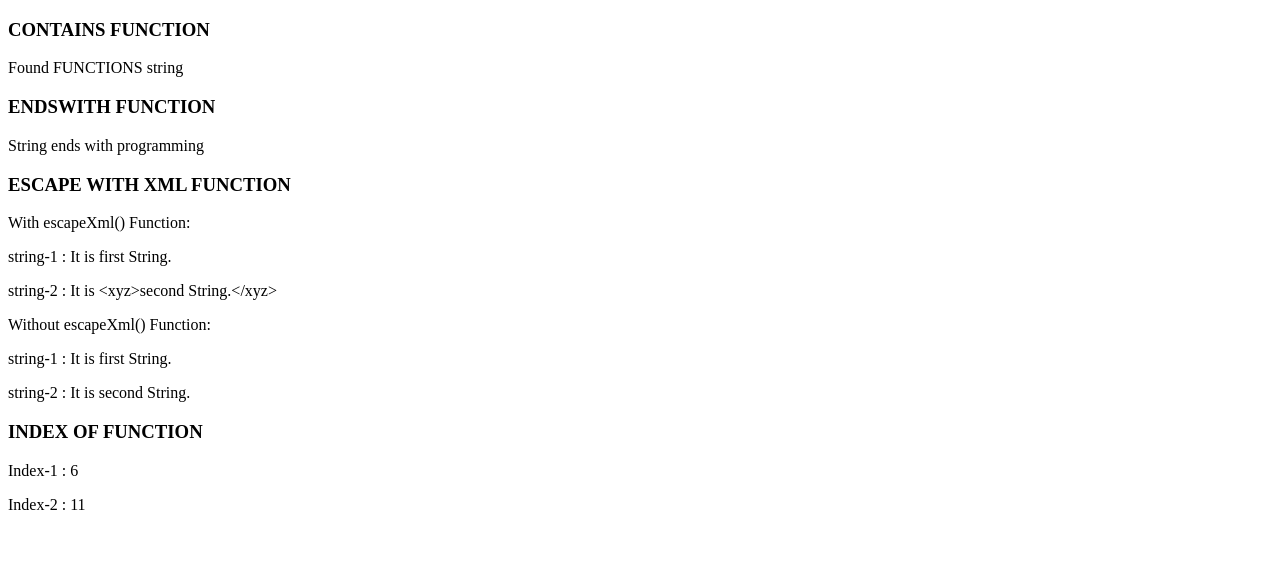
Repository: Siddhant1401/Aurionpro-J2EE
Page: http://localhost/04-JSTL-Tags/JSTLFunctions.jsp
An editor plug-in stored every save of this project. The page is shown before and after the next save, followed by the edit.
The browser window is 1280 px wide. The pictures show the whole page.
The page is served by Tomcat 9. Other server files are loaded and not shown.

Above is the page before, as saved 2023-10-13 04:57:39.

### 04-JSTL-Tags/WebContent/JSTLFunctions.jsp
<%@ page language="java" contentType="text/html; charset=ISO-8859-1"
	pageEncoding="ISO-8859-1"%>
<%@ taglib uri="http://java.sun.com/jsp/jstl/core" prefix="c"%>
<%@ taglib uri="http://java.sun.com/jsp/jstl/functions" prefix="fn"%>
<!DOCTYPE html PUBLIC "-//W3C//DTD HTML 4.01 Transitional//EN" "http://www.w3.org/TR/html4/loose.dtd">
<html>
<head>
<meta http-equiv="Content-Type" content="text/html; charset=ISO-8859-1">
<title>JSTL FUNCTIONS</title>
</head>
<body>

	<h3>CONTAINS FUNCTION</h3>
	<c:set var="String" value="Welcome to JSTL FUNCTIONS" />

	<c:if test="${fn:contains(String, 'FUNCTIONS')}">
		<p>Found FUNCTIONS string
		<p>
	</c:if>

	<c:if test="${fn:contains(String, 'functions')}">
		<p>Found functions string</p>
	</c:if>


	<h3>ENDSWITH FUNCTION</h3>
	<c:set var="String" value="Welcome to JSP programming" />

	<c:if test="${fn:endsWith(String, 'programming')}">
		<p>String ends with programming
		<p>
	</c:if>

	<c:if test="${fn:endsWith(String, 'JSP')}">
		<p>String ends with JSP
		<p>
	</c:if>

	<!-- -------------------------------------------------------------------------- -->

	<h3>ESCAPE WITH XML FUNCTION</h3>
	<c:set var="string1" value="It is first String." />
	<c:set var="string2" value="It is <xyz>second String.</xyz>" />

	<p>With escapeXml() Function:</p>
	<p>string-1 : ${fn:escapeXml(string1)}</p>
	<p>string-2 : ${fn:escapeXml(string2)}</p>

	<p>Without escapeXml() Function:</p>
	<p>string-1 : ${string1}</p>
	<p>string-2 : ${string2}</p>

	<!-- -------------------------------------------- ----------------------------->
	<h3>INDEX OF FUNCTION</h3>
	<c:set var="string1" value="It is first String." />
	<c:set var="string2" value="It is <xyz>second String.</xyz>" />

	<p>Index-1 : ${fn:indexOf(string1, "first")}</p>
	<p>Index-2 : ${fn:indexOf(string2, "second")}</p>
</body>
</html>

After the next save:
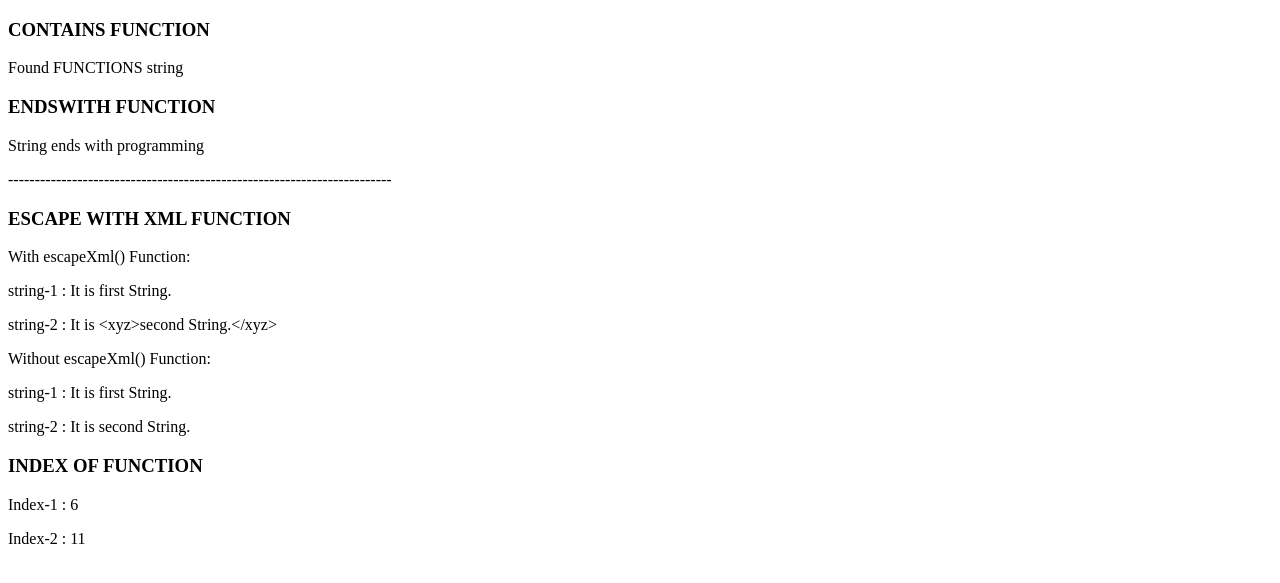
Saved 18 s later.
--- a/04-JSTL-Tags/WebContent/JSTLFunctions.jsp
+++ b/04-JSTL-Tags/WebContent/JSTLFunctions.jsp
@@ -36,7 +36,7 @@
 		<p>
 	</c:if>
 
-	<!-- -------------------------------------------------------------------------- -->
+	<p>------------------------------------------------------------------------</p>
 
 	<h3>ESCAPE WITH XML FUNCTION</h3>
 	<c:set var="string1" value="It is first String." />
